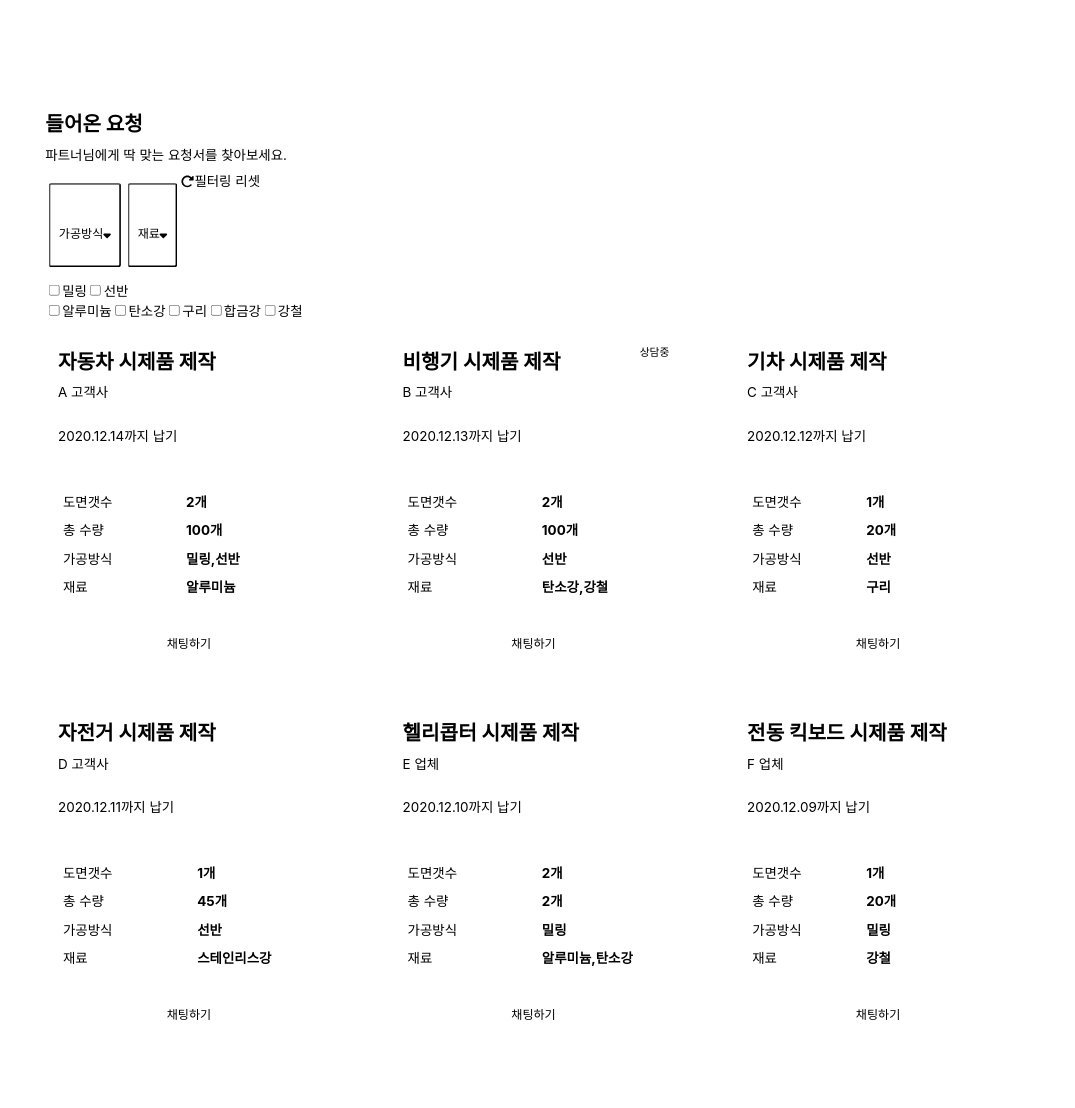
Repository: seoulsaram/capa
Page: /
The author's editor kept a copy of each file at every save. The page is drawn from the files as they stood at one save, then again after the next save.
The browser window is 1280 px wide. The pictures show the whole page, at 84% of full size.
The project was rebuilt for these pictures with package versions that can differ from the ones it lists, and the page was loaded fresh each time. Requests to the local data server were answered from the project's data file. Also part of the build but not shown: src/App.css.

Above is the page before, as saved 2021-03-07 01:06:36.

### public/index.html
<!DOCTYPE html>
<html lang="en">
  <head>
    <meta charset="utf-8" />
    <link rel="icon" href="%PUBLIC_URL%/favicon.ico" />
    <meta name="viewport" content="width=device-width, initial-scale=1" />
    <meta name="theme-color" content="#000000" />
    <meta name="description" content="Web site created using create-react-app" />

    <title>React App</title>
  </head>
  <body>
    <noscript>You need to enable JavaScript to run this app.</noscript>
    <div id="root"></div>
  </body>
</html>

### src/index.js
import React from "react";
import ReactDOM from "react-dom";
import "./index.css";
import App from "./app";
import RequestInfo from "./service/request_info";

const requestInfo = new RequestInfo();

ReactDOM.render(
  <React.StrictMode>
    <App requestInfo={requestInfo} />
  </React.StrictMode>,
  document.getElementById("root")
);

### src/App.js
import "./app.css";
import Header from "./components/header/header";
import ItemContainer from "./components/item_container/item_container";
import "@fortawesome/fontawesome-free/js/all.js";

function App({ requestInfo }) {
  return (
    <div>
      <Header />
      <ItemContainer requestInfo={requestInfo} />
    </div>
  );
}

export default App;

### src/service/request_info.js
class RequestInfo {
  constructor() {
    this.getrequestOptions = {
      method: "GET",
    };
  }

  async getInfo() {
    const response = await fetch("http://localhost:3002/requests", this.getrequestOptions);
    const res = await response.json();
    return res;
  }
}

export default RequestInfo;

### src/components/header/header.js
import React, { memo } from "react";
import styles from "./header.module.css";

const Header = (props) => (
  <div className={styles.header}>
    <div className={styles.headerLeft}>
      <p>CAPA</p>
      <p>파트너스</p>
    </div>
    <div className={styles.headerRight}>
      <p>A가공업체</p>
      <div className={styles.line}></div>
      <p>로그아웃</p>
    </div>
  </div>
);

export default Header;

### src/components/item_container/item_container.js
import React, { useEffect, useState } from "react";
import Filter from "../filter/filter";
import RequestBox from "../request_box/request_box";
import styles from "./item_container.module.css";

const ItemContainer = ({ requestInfo }) => {
  const [reqInfo, setReqInfo] = useState([]);

  useEffect(() => {
    requestInfo.getInfo().then((info) => setReqInfo(info));
  }, [requestInfo]);

  return (
    <section className={styles.section}>
      <h2 className={styles.title}>들어온 요청</h2>
      <p className={styles.desc}>파트너님에게 딱 맞는 요청서를 찾아보세요.</p>
      <Filter reqInfo={reqInfo} />

      <ul className={styles.cards}>
        {reqInfo.map((info) => (
          <RequestBox reqInfo={info} key={info.id} />
        ))}
      </ul>
    </section>
  );
};

export default ItemContainer;

### src/components/header/header.module.css
@value MakeBlue from '../../common/color.css';

.header {
  display: flex;
  justify-content: space-between;
  padding: 5px 20px;
  background-color: MakeBlue;
  color: white;
}

.headerLeft {
  display: flex;
  align-items: center;
}

.headerRight {
  display: flex;
  align-items: center;
}

.line {
  width: 2px;
  height: 50%;
  background-color: white;
  margin: 0px 14px;
}

### src/components/filter/filter.jsx
import React from "react";
import styles from "./filter.module.css";

const Filter = ({ reqInfo }) => {
  const method = ["밀링", "선반"];
  const material = ["알루미늄", "탄소강", "구리", "합금강", "강철"];

  return (
    <section className={styles.section}>
      {/* 가공방식 */}
      {/* 1. 값이 든 배열 만들기
      2. 온클릭 이벤트를 만들기
      3. 이벤트에 두 가지 값을 동시에 필터링하는 로직 넣기 */}
      <div className={styles.filterContainer}>
        <button className={styles.filterBtn}>
          가공방식<i className="fas fa-sort-down"></i>
        </button>

        {/* 재료 */}
        <button className={styles.filterBtn}>
          재료<i className="fas fa-sort-down"></i>
        </button>

        <div className={styles.reset}>
          <i className="fas fa-redo-alt"></i>필터링 리셋
        </div>
      </div>

      <div className={styles.filter}>
        {method.map((methods) => (
          <label htmlFor={methods} key={methods}>
            <input type="checkbox" name={methods} value={methods} />
            {methods}
          </label>
        ))}
      </div>

      <div className={styles.filter}>
        {material.map((materials) => (
          <label htmlFor={materials} key={materials}>
            <input type="checkbox" name={materials} value={materials} />
            {materials}
          </label>
        ))}
      </div>

      <div></div>
    </section>
  );
};

export default Filter;

// "requests": [
//     {
//       "id": 1,
//       "title": "자동차 시제품 제작",
//       "client": "A 고객사",
//       "due": "2020.12.14",
//       "count": 2,
//       "amount": 100,
//       "method": ["밀링", "선반"],
//       "material": ["알루미늄"],
//       "status": "대기중"
//     },

### src/components/request_box/request_box.jsx
import React from "react";
import styles from "./request_box.module.css";

const RequestBox = ({ reqInfo }) => {
  return (
    <div className={styles.card}>
      <div className={styles.top}>
        <div className={styles.titleContainer}>
          <h2>{reqInfo.title}</h2>
          {reqInfo.status === "상담중" && <div className={styles.status}>{reqInfo.status}</div>}
        </div>
        <p className={styles.client}>{reqInfo.client}</p>
        <p className={styles.due}>{reqInfo.due}까지 납기</p>
      </div>
      <div className={styles.line}></div>
      {/* 테이블 로만들기 */}
      <table className={styles.bottom}>
        <tbody className={styles.order}>
          <tr>
            <td className={styles.orderTitle}>도면갯수</td>
            <td className={styles.orderBold}>{reqInfo.count}개</td>
          </tr>
          <tr>
            <td className={styles.orderTitle}>총 수량</td>
            <td className={styles.orderBold}>{reqInfo.amount}개</td>
          </tr>
          <tr>
            <td className={styles.orderTitle}>가공방식</td>
            <td className={styles.orderBold}>{reqInfo.method.join(",")}</td>
          </tr>
          <tr>
            <td className={styles.orderTitle}>재료</td>
            <td className={styles.orderBold}>{reqInfo.material.join(",")}</td>
          </tr>
        </tbody>
      </table>
      <div className={styles.btnContainer}>
        <button className={styles.reqBtn}>요청 내역 보기</button>
        <button className={styles.chatBtn}>채팅하기</button>
      </div>
    </div>
  );
};

export default RequestBox;

### src/components/item_container/item_container.module.css
@value MakeBlue,MakeBlack,MakeLightBlue,MakeGrey,MakeLightGrey,MakeYellow from '../../common/color.css';
.section {
  padding: 54px;
  color: MakeBlack;
}

.title,
.desc {
  margin: 8px 0px;
}

.cards {
  display: flex;
  justify-content: space-between;
  flex-wrap: wrap;
}

### src/components/filter/filter.module.css
@value MakeBlue,MakeBlack,MakeLightBlue,MakeGrey,MakeLightGrey,MakeYellow from '../../common/color.css';
.filterContainer {
  display: flex;
}

.filterBtn {
  margin: 15px 4px;
  padding: 8px 10px;
  background-color: transparent;
  border: 1px solid MakeLightGrey;
  border-radius: 0.2rem;
  outline: none;
  font-size: 0.9rem;
  cursor: pointer;
  text-align: center;
  height: 100px;
  line-height: 100px;
}

.fas {
  color: MakeLightGrey;
}

### src/components/request_box/request_box.module.css
@value MakeBlue,MakeBlack,MakeLightBlue,MakeGrey,MakeLightGrey,MakeYellow from '../../common/color.css';

* {
  box-sizing: border-box;
}

ul {
  margin: 0;
  padding: 0;
}

.card {
  width: 30%;
  border: 1px solid MakeLightGrey;
  border-radius: 3px;
  padding: 10px 15px;
  margin-bottom: 15px;
}

.card:hover {
  border: 1px solid MakeLightBlue;
}

.titleContainer {
  display: flex;
  align-items: center;
  justify-content: space-between;
}

.titleContainer > h2 {
  margin-bottom: 0px;
}

.client {
  margin: 8px 0px;
}
.due {
  color: MakeGrey;
  margin-top: 28px;
}

.status {
  border: 1px solid MakeYellow;
  border-radius: 45px;
  padding: 4px;
  font-size: 0.8rem;
  color: MakeYellow;
}

.line {
  width: 98%;
  height: 2px;
  margin: auto;
  background-color: MakeLightGrey;
}
.bottom {
  margin-top: 30px;
  margin-bottom: 15px;
}

td {
  width: 25%;
  padding: 4px;
}

.orderBold {
  font-weight: 700;
}

.reqBtn,
.chatBtn {
  margin: 15px 4px;
  padding: 8px 10px;
  background-color: transparent;
  border: none;
  border-radius: 0.2rem;
  outline: none;
  font-size: 0.9rem;
  cursor: pointer;
}

.reqBtn {
  color: white;
  background-color: MakeLightBlue;
}

.chatBtn {
  border: 1px solid MakeLightBlue;
  color: MakeLightBlue;
}

### db.json
{
  "requests": [
    {
      "id": 1,
      "title": "자동차 시제품 제작",
      "client": "A 고객사",
      "due": "2020.12.14",
      "count": 2,
      "amount": 100,
      "method": ["밀링", "선반"],
      "material": ["알루미늄"],
      "status": "대기중"
    },
    {
      "id": 2,
      "title": "비행기 시제품 제작",
      "client": "B 고객사",
      "due": "2020.12.13",
      "count": 2,
      "amount": 100,
      "method": ["선반"],
      "material": ["탄소강", "강철"],
      "status": "상담중"
    },
    {
      "id": 3,
      "title": "기차 시제품 제작",
      "client": "C 고객사",
      "due": "2020.12.12",
      "count": 1,
      "amount": 20,
      "method": ["선반"],
      "material": ["구리"],
      "status": "대기중"
    },
    {
      "id": 4,
      "title": "자전거 시제품 제작",
      "client": "D 고객사",
      "due": "2020.12.11",
      "count": 1,
      "amount": 45,
      "method": ["선반"],
      "material": ["스테인리스강"],
      "status": "대기중"
    },
    {
      "id": 5,
      "title": "헬리콥터 시제품 제작",
      "client": "E 업체",
      "due": "2020.12.10",
      "count": 2,
      "amount": 2,
      "method": ["밀링"],
      "material": ["알루미늄", "탄소강"],
      "status": "대기중"
    },
    {
      "id": 6,
      "title": "전동 킥보드 시제품 제작",
      "client": "F 업체",
      "due": "2020.12.09",
      "count": 1,
      "amount": 20,
      "method": ["밀링"],
      "material": ["강철"],
      "status": "대기중"
    }
  ]
}

Loaded but not shown: src/index.css (common file)

After the next save:
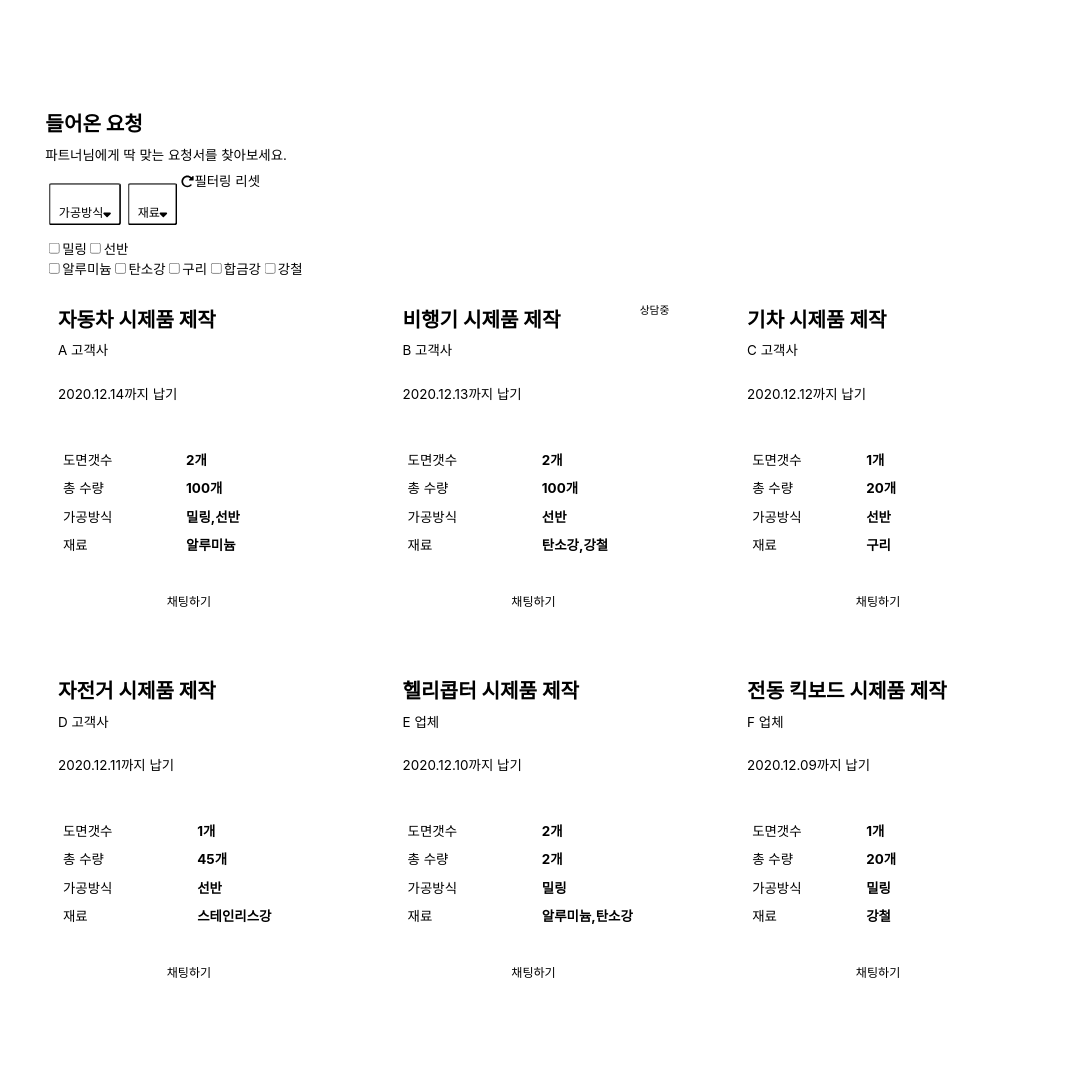
Saved 17 s later.
--- a/src/components/filter/filter.module.css
+++ b/src/components/filter/filter.module.css
@@ -13,8 +13,8 @@
   font-size: 0.9rem;
   cursor: pointer;
   text-align: center;
-  height: 100px;
-  line-height: 100px;
+  height: 50px;
+  line-height: 50px;
 }
 
 .fas {
